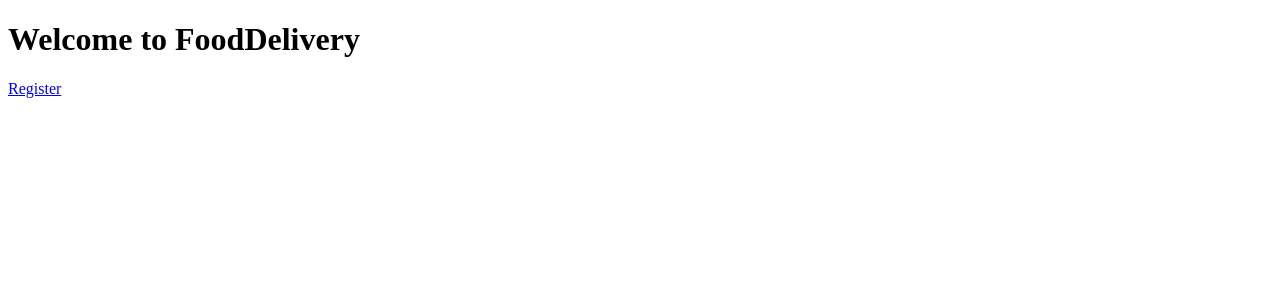
Repository: srinithiashoka/FoodDeliveryApp
Page: http://localhost/FoodDeliveryApp/
The author's editor kept a copy of each file at every save. The page is drawn from the files as they stood at one save, then again after the next save.
The browser window is 1280 px wide. The pictures show the whole page.
The page is served by Tomcat 10. Nobody is signed in. The application's start-up code is not run.

Above is the page before, as saved 2025-12-01 12:18:52.

After the next save:
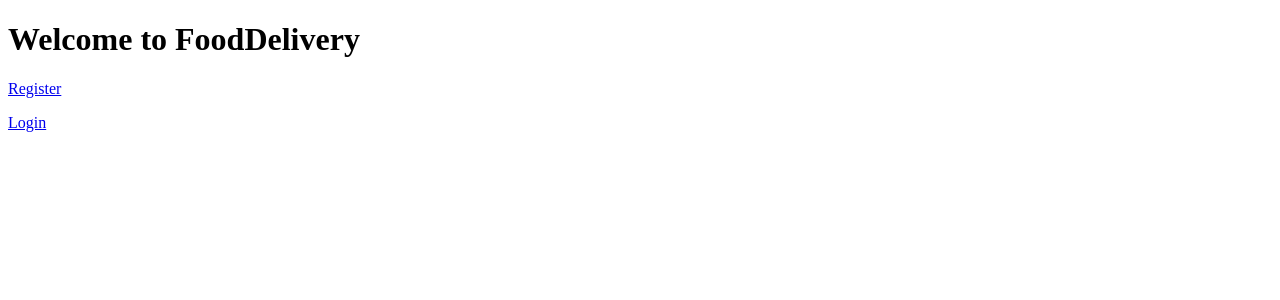
Saved 68 s later.
--- a/FoodDeliveryApp/src/main/webapp/index.jsp
+++ b/FoodDeliveryApp/src/main/webapp/index.jsp
@@ -2,9 +2,13 @@
     pageEncoding="UTF-8"%>
 <!DOCTYPE html>
 <html>
-<head><meta charset="UTF-8"><title>FoodDelivery</title></head>
+<head>
+    <meta charset="UTF-8">
+    <title>FoodDelivery</title>
+</head>
 <body>
-  <h1>Welcome to FoodDelivery</h1>
-  <a href="register.jsp">Register</a>
+    <h1>Welcome to FoodDelivery</h1>
+    <p><a href="register.jsp">Register</a></p>
+    <p><a href="login.jsp">Login</a></p>
 </body>
 </html>
